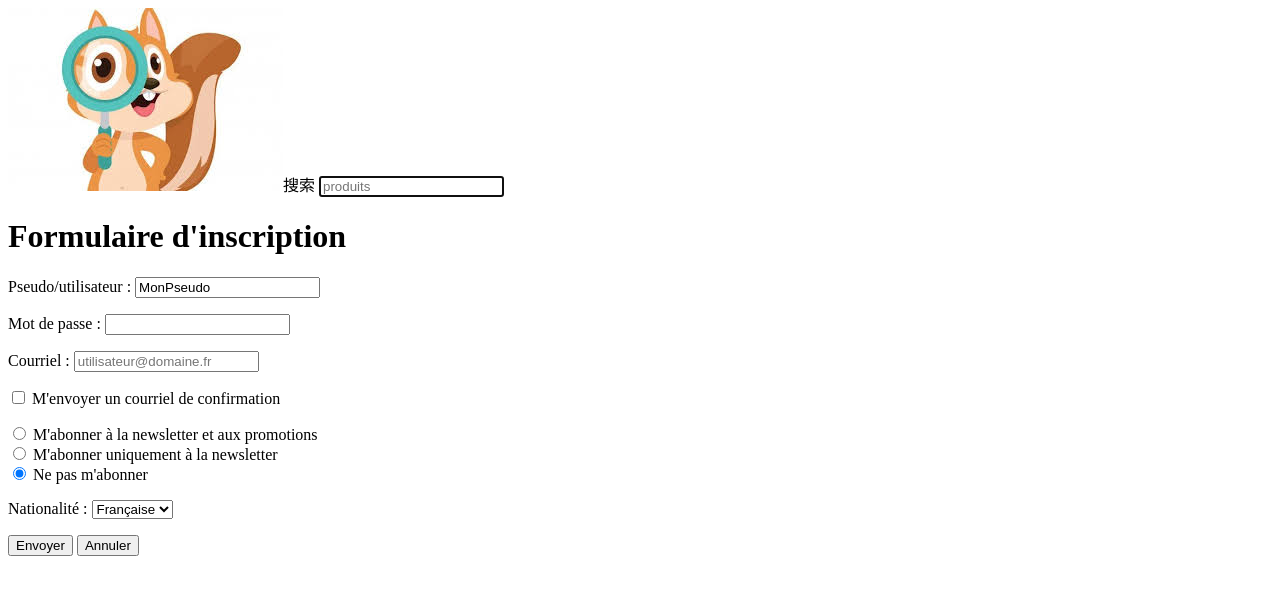
Repository: clairedupuich/excercice
Page: javaScript/Gestion les formulaires /formulaires.html
The author's editor kept a copy of each file at every save. The page is drawn from the files as they stood at one save, then again after a run of saves.
The browser window is 1280 px wide. The pictures show the whole page.

Above is the page before, as saved 2020-10-14 22:44:54.

After the next 2 saves:
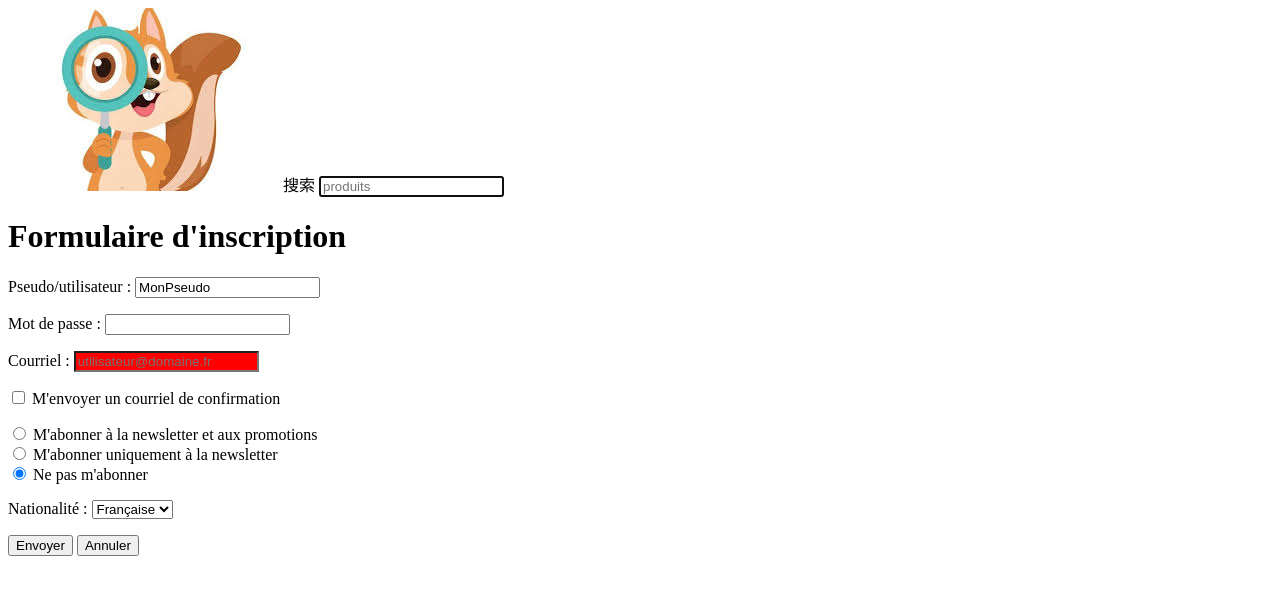
The 2 saves are shown as one change because they came seconds apart.
The last was saved 25 s later.
--- a/javaScript/Gestion les formulaires /formulaires.css
+++ b/javaScript/Gestion les formulaires /formulaires.css
@@ -4,7 +4,7 @@
 }
 
 #courriel:invalid {
-    background: $cd-danger;
+    background: red;
     border: 2px solid $cd-danger;
     color: $cd-txt--invalid;
 }
